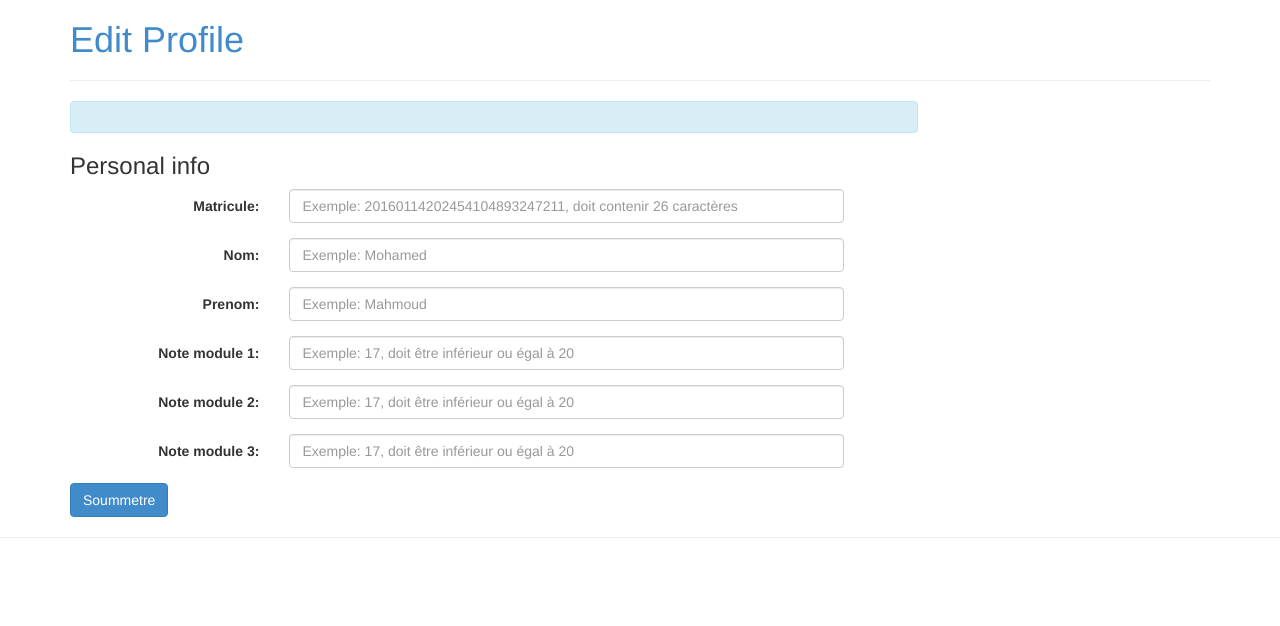
Repository: tt5300447/parakeet
Page: http://localhost/
These files come from the project's save history. The page is drawn as it stood at one moment and after the next save; the edit follows.
The browser window is 1280 px wide. The pictures show the whole page.
The page is run by PHP 8.4 with error messages shown; the project is at /var/www/html/.

Above is the page before, as saved 2022-06-22 11:20:17.
Console error (its wording comes from the project's code and is left out).

### Copier/htdocs/Ajouter/index.php
<!DOCTYPE html>
<html lang="en">

<head>
    <meta charset="UTF-8">
    <meta http-equiv="X-UA-Compatible" content="IE=edge">
    <meta name="viewport" content="width=device-width, initial-scale=1.0">
    <title>Update </title>
    <link rel="stylesheet" href="style.css">
    <link rel="stylesheet" href="bootstrap.min.css">
    <link rel="shortcut icon" type="image/x-icon" href="update.png">
    <link rel="apple-touch-icon" sizes="76x76" href="update.png">
    <link rel="alternate" type="application/rss+xml" href="rss">
</head>

<body>
    <div class="container bootstrap snippets bootdey">
        <h1 class="text-primary">Edit Profile</h1>
        <hr>
        <div class="row">
            <!-- left column -->
            <!-- edit form column -->
            <div class="col-md-9 personal-info">
                <div class="alert alert-info alert-dismissable">
                    <?php
function verifyName($nom)
{
    $valid = true;
    if (strlen($nom) > 80 || strlen($nom) < 5) {
        $valid = false;
    }
    $nom = str_split($nom);
    foreach ($nom as $char) {
        if (is_numeric($char) == true) {
            $valid = false;
        }
    }
    return $valid;
}

function verifyMatricule($Matricule)
{
    if (strlen($Matricule) != 26) {
        return false;
    }
    $Matricule = str_split($Matricule);
    foreach ($Matricule as $char) {
        if (is_numeric($char) == false) {
            return false;
        }
    }
    return true;
}

function verifyNoteModule($Module_1, $Module_2, $Module_3)
{
    $Module_1 = intval($Module_1);
    $Module_2 = intval($Module_2);
    $Module_3 = intval($Module_3);
    if ($Module_1 > 20 || $Module_1 < 0) {
        return false;
    }
    if ($Module_2 > 20 || $Module_2 < 0) {
        return false;
    }
    if ($Module_3 > 20 || $Module_3 < 0) {
        return false;
    }
    return true;
}

$servername = "localhost";
$username = "root";
$password = "";
$db = "scolarite";
// Create connection
$conn = new mysqli($servername, $username, $password, $db);
// Check connection
if ($conn->connect_error) {
    die("Connection failed: " . $conn->connect_error);
}
if ($_SERVER['REQUEST_METHOD'] === 'POST') {
    $Matricule = $_POST['matricule'];
    $Nom = $_POST['nom'];
    $Prenom = $_POST['prenom'];
    $Module_1 = $_POST['module_1'];
    $Module_2 = $_POST['module_2'];
    $Module_3 = $_POST['module_3'];
    if (verifyName($Nom) == false ||
    verifyName($Prenom) == false ||
    verifyMatricule($Matricule) == false ||
    verifyNoteModule($Module_1, $Module_2, $Module_3) == false) {
        echo "Erreur: les données saisies sont erronées";
    }
    $Matricule = intval($Matricule);
    $Module_1 = intval($Module_1);
    $Module_2 = intval($Module_2);
    $Module_3 = intval($Module_3);
    $sql = "INSERT INTO Etudiant (matricule, nom, prenom, note_module_1, note_module_2, note_module_3) VALUES ($Matricule,'" . $Nom . "','" . $Prenom . "', $Module_1, $Module_2, $Module_3)";
    if ($conn->query($sql) === TRUE) {
        echo "Etudiant ajouté avec succés";
    }
    else {
        echo "Erreur: les données saisies sont erronées";
    }
}
?>
                    <a class="panel-close close" data-dismiss="alert"></a>
                </div>
                <h3>Personal info</h3>
                <form class="form-horizontal" method="post" role="form">
                    <div class="form-group">
                        <label class="col-lg-3 control-label">Matricule:</label>
                        <div class="col-lg-8">
                            <input class="form-control" name="matricule" type="text" placeholder="Exemple: 20160114202454104893247211, doit contenir 26 caractères" />
                        </div>
                    </div>
                    <div class="form-group">
                        <label class="col-lg-3 control-label">Nom:</label>
                        <div class="col-lg-8">
                            <input class="form-control" name="nom" type="text" placeholder="Exemple: Mohamed" />
                        </div>
                    </div>
                    <div class="form-group">
                        <label class="col-lg-3 control-label">Prenom:</label>
                        <div class="col-lg-8">
                            <input class="form-control" name="prenom" type="text" placeholder="Exemple: Mahmoud" />
                        </div>
                    </div>

                    <div class="form-group">
                        <label class="col-lg-3 control-label">Note module 1:</label>
                        <div class="col-lg-8">
                            <input class="form-control" name="module_1" type="number" placeholder="Exemple: 17, doit être inférieur ou égal à 20" />
                        </div>
                    </div>
                    <div class="form-group">
                        <label class="col-lg-3 control-label">Note module 2:</label>
                        <div class="col-lg-8">
                            <input class="form-control" name="module_2" type="number" placeholder="Exemple: 17, doit être inférieur ou égal à 20" />
                        </div>
                    </div><div class="form-group">
                        <label class="col-lg-3 control-label">Note module 3:</label>
                        <div class="col-lg-8">
                            <input class="form-control" name="module_3" type="number" placeholder="Exemple: 17, doit être inférieur ou égal à 20" />
                        </div>
                    </div>
                    <button type="submit" class="btn btn-primary">Soummetre</button>
                </form>
            </div>
        </div>
    </div>
    <hr>
    <script type="text/javascript" src="popper.min.js"></script>
    <script src="bootstrap.min.js"></script>
    <script type="text/javascript" src="script.js"></script>
</body>

</html>

### Copier/htdocs/Ajouter/style.css
body {
    margin-top: 20px;
}

.avatar {
    width: 200px;
    height: 200px;
}

### Copier/htdocs/Ajouter/script.js
//signup form validation
$(function() {
    $("#errorname").hide();
    $("#errorusername").hide();
    $("#erroremail").hide();
    $("#errorpass").hide();
    $("#errorconpass").hide();

    var error_name = false;
    var error_username = false;
    var error_email = false;
    var error_pass = false;
    var error_conpass = false;

    $("#form_name").focusout(function() {
        checkName();
    });
    $("#form_username").focusout(function() {
        checkUserName();
    });
    $("#form_email").focusout(function() {
        checkEmail();
    });
    $("#form_pwd").focusout(function() {
        checkPass();
    });
    $("#form_conpwd").focusout(function() {
        checkConPass();
    });

    // check name
    function checkName() {
        var name = $("#form_name").val();
        var pattern = new RegExp(/^[a-zA-Z ]{5,30}$/);
        if (!pattern.test(name)) {
            $("#errorname").html("Should be between 5-30 contains only space");
            $("#errorname").show(300);
            error_name = true;
        } else {
            $("#errorname").hide(400);
        }
    }
    // check username
    function checkUserName() {
        var username = $("#form_username").val();
        var pattern = new RegExp(/^[a-zA-Z0-9._]{6,20}$/);
        if (!pattern.test(username)) {
            $("#errorusername").html(
                "Should be between 6-20 contains only alphabets numbers . _"
            );
            $("#errorusername").show(300);
            error_username = true;
        } else {
            $("#errorusername").hide(400);
        }
    }

    //check email
    function checkEmail() {
        var pattern = new RegExp(
            /^[+a-zA-Z0-9._-]+@[a-zA-Z0-9.-]+\.[a-zA-Z]{2,4}$/i
        );
        if (pattern.test($("#form_email").val())) {
            $("#erroremail").hide(400);
        } else {
            $("#erroremail").html("Invalid email address");
            $("#erroremail").show(300);
            error_email = true;
        }
    }

    // check password
    function checkPass() {
        var password = $("#form_pwd").val();
        var pattern = new RegExp(
            /^(?=.*?[A-Z])(?=.*?[a-z])(?=.*?[0-9])(?=.*?[#?!@$%^&*-]).{8,}$/
        );

        if (!pattern.test(password)) {
            $("#errorpass").html(
                "Should be at least a uppercase,lowercase,number,special characters and minimum length 8"
            );
            $("#errorpass").show(300);
            error_pass = true;
        } else {
            $("#errorpass").hide(400);
        }
    }

    // check confirm password
    function checkConPass() {
        var password = $("#form_pwd").val();
        var con_pass = $("#form_conpwd").val();
        if (password != con_pass) {
            $("#errorconpass").html("Password not match");
            $("#errorconpass").show(300);
            error_conpass = true;
        } else {
            $("#errorconpass").hide(400);
        }
    }

    //form submit
    $("#reg_form").submit(function() {
        error_name = false;
        error_username = false;
        error_email = false;
        error_pass = false;
        error_conpass = false;
        checkName();
        checkUserName();
        checkEmail();
        checkPass();
        checkConPass();

        if (
            error_name == false &&
            error_username == false &&
            error_email == false &&
            error_pass == false &&
            error_conpass == false
        ) {
            return true;
        } else {
            return false;
        }
    });
});

Loaded but not shown: Copier/htdocs/Ajouter/bootstrap.min.css (library); Copier/htdocs/Ajouter/popper.min.js (library); Copier/htdocs/Ajouter/bootstrap.min.js (library)

After the next save:
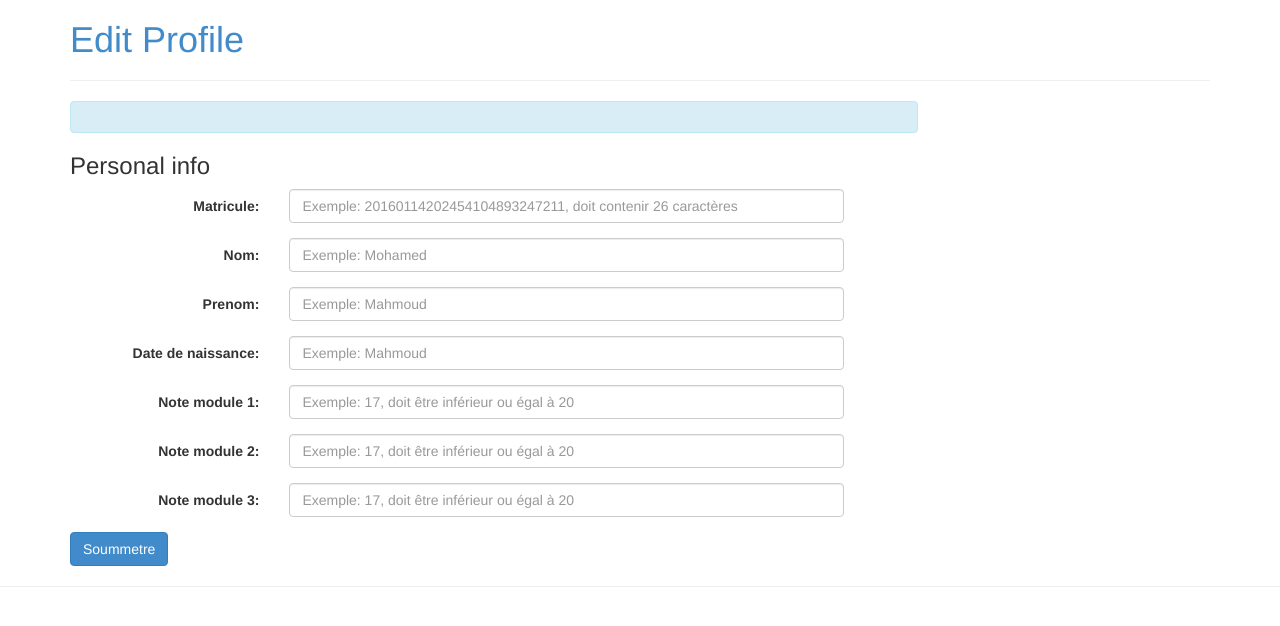
Saved 118 s later.
--- a/Copier/htdocs/Ajouter/index.php
+++ b/Copier/htdocs/Ajouter/index.php
@@ -127,7 +127,12 @@ if ($_SERVER['REQUEST_METHOD'] === 'POST') {
                             <input class="form-control" name="prenom" type="text" placeholder="Exemple: Mahmoud" />
                         </div>
                     </div>
-
+                    <div class="form-group">
+                        <label class="col-lg-3 control-label">Date de naissance:</label>
+                        <div class="col-lg-8">
+                            <input class="form-control" name="prenom" type="text" placeholder="Exemple: Mahmoud" />
+                        </div>
+                    </div>
                     <div class="form-group">
                         <label class="col-lg-3 control-label">Note module 1:</label>
                         <div class="col-lg-8">
